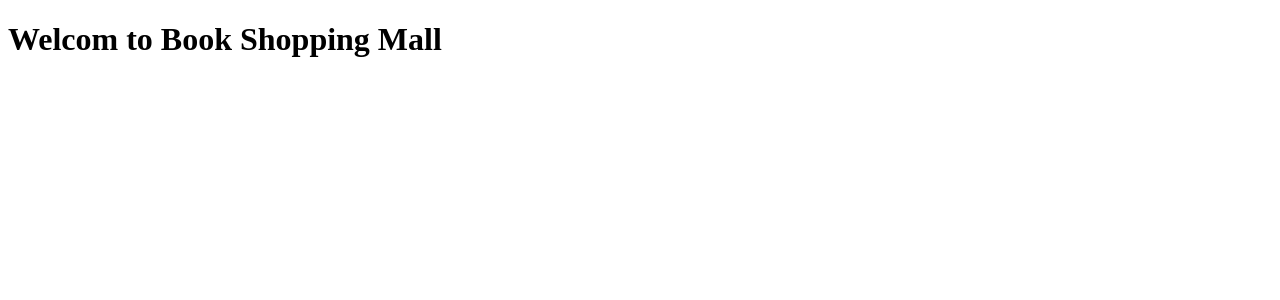
Repository: SJM7301/KH-JSP
Page: http://localhost/JSPBook/welcome.jsp
These files come from the project's save history. The page is drawn as it stood at one moment and after the next save; the edit follows.
The browser window is 1280 px wide. The pictures show the whole page.
The page is served by Tomcat 10. Nobody is signed in. The application's start-up code is not run.

Above is the page before, as saved 2025-01-31 06:40:21.

After the next save:
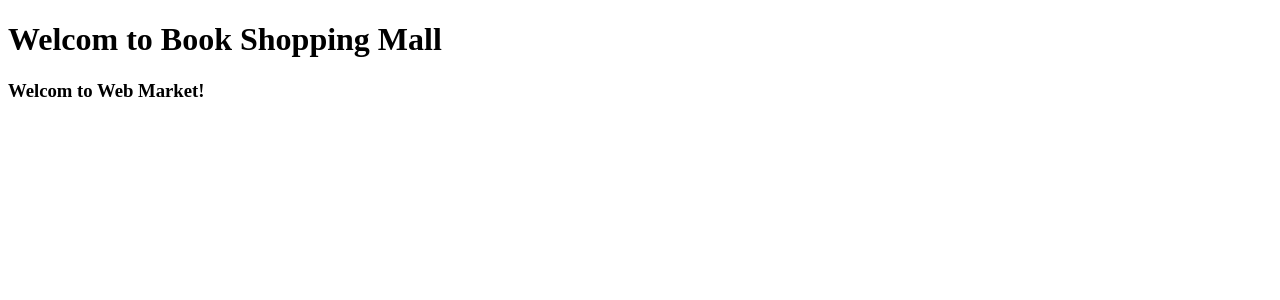
Saved 25 s later.
--- a/JSPBook/src/main/webapp/welcome.jsp
+++ b/JSPBook/src/main/webapp/welcome.jsp
@@ -13,5 +13,6 @@
 	%>
 
 	<h1><%=greeting %></h1>
+	<h3><%=tagline %></h3>
 </body>
 </html>
